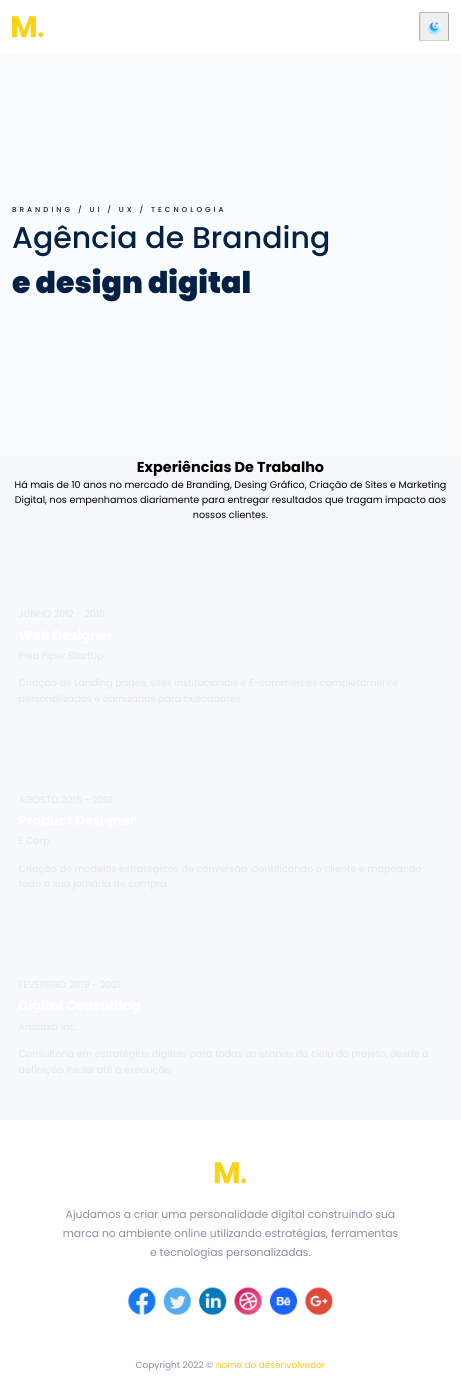
Repository: Daniells642/agencia-digital
Page: /
These files come from the project's save history. The page is drawn as it stood at one moment and after the next save; the edit follows.
The browser window is 768 px wide. The pictures show the whole page, at 60% of full size.
The project was rebuilt for these pictures with package versions that can differ from the ones it lists, and the page was loaded fresh each time.

Above is the page before, as saved 2022-12-02 23:22:02.

### public/index.html
<!DOCTYPE html>
<html lang="pt-br">
  <head>
    <meta charset="utf-8" />
    <link rel="icon" href="assets/logo.png" />
    <meta name="viewport" content="width=device-width, initial-scale=1" />
    <meta name="theme-color" content="#000000" />
    <meta name="description"content="Web site created using create-react-app"/>
    <link rel="apple-touch-icon" href="%PUBLIC_URL%/logo192.png" />
    <link rel="manifest" href="%PUBLIC_URL%/manifest.json" />
    <link rel="preconnect" href="https://fonts.googleapis.com">
    <link rel="preconnect" href="https://fonts.gstatic.com" crossorigin>
    <link href="https://fonts.googleapis.com/css2?family=Poppins:wght@400;500;600;700;800;900&display=swap" rel="stylesheet">
    <title>Agência Digital</title>

  </head>
  <body>
    <noscript>You need to enable JavaScript to run this app.</noscript>
    <div id="root"></div>
    <!--
      This HTML file is a template.
      If you open it directly in the browser, you will see an empty page.

      You can add webfonts, meta tags, or analytics to this file.
      The build step will place the bundled scripts into the <body> tag.

      To begin the development, run `npm start` or `yarn start`.
      To create a production bundle, use `npm run build` or `yarn build`.
    -->
  </body>
</html>

### src/App.js
import Rodape from "./componentes/Rodape";
import SecaoExperienciaTrabalho from "./componentes/SecaoExperienciaTrabalho";
import Topo from "./componentes/Topo";
import SecaoBanner from "./componentes/SecaoBanner";
import "./App.css";
import React, { useState } from 'react';



function App() {

  const [ehTemaEscuro, setTemaEscuro] = useState(false)

  const alterarTema = () => {
    setTemaEscuro(!ehTemaEscuro)
  }

  return (
    <main>
      <Topo alterarTema={alterarTema} ehTemaEscuro={ehTemaEscuro} />
      <SecaoBanner ehTemaEscuro={ehTemaEscuro} />
      <SecaoExperienciaTrabalho ehTemaEscuro={ehTemaEscuro} />
      <Rodape ehTemaEscuro={ehTemaEscuro} />
    </main>
  );
}

export default App;

### src/componentes/Rodape/index.jsx
import "./style.css";
import Logo from '../../assets/logo.png';
import iconeFacebook from '../../assets/facebook.png';
import iconeTwitter from '../../assets/twitter.png';
import iconeLinkedin from '../../assets/linkedin.png';
import iconeDribble from '../../assets/dribble.png';
import iconeBehance from '../../assets/behance.png';
import iconeGooglePlus from '../../assets/google-plus.png';

export default function Rodape(props) {

  return(
    <footer className={props.ehTemaEscuro ? 'rodape-modo-escuro' : 'rodape-modo-claro'}>
      <img src={Logo} alt="logomarca"/>
      <p className="paragrafo">
        Ajudamos a criar uma personalidade digital construindo sua marca no ambiente online utilizando estratégias,
        ferramentas e tecnologias personalizadas.
      </p>
      <div className="iconesRodape">
        <img src={iconeFacebook} alt="facebook"/>
        <img src={iconeTwitter} alt="twitter"/>
        <img src={iconeLinkedin} alt="linkedin"/>
        <img src={iconeDribble} alt="dribble"/>
        <img src={iconeBehance} alt="behance"/>
        <img src={iconeGooglePlus} alt="google plus"/>
      </div>
      <div>
        <p className="copyright">Copyright 2022 &copy; <span>nome do desenvolvedor</span></p>
      </div>
    </footer>
  )
}

### src/componentes/SecaoExperienciaTrabalho/index.jsx
import Card from '../Card';
import './style.css';

export default function SecaoExperienciaTrabalho(props) {
    return (
      <section id='secao-experiencia' className={props.ehTemaEscuro ? 'secao-modo-escuro' : 'secao-modo-claro'}>
            <div id='container-texto' className={props.ehTemaEscuro ? 'texto-modo-escuro' : 'texto-modo-claro'}>
                <h1>Experiências De Trabalho</h1>
                <p> Há mais de 10 anos no mercado de Branding, Desing Gráfico, Criação de
                Sites e Marketing Digital, nos empenhamos diariamente para entregar
                resultados que tragam impacto aos nossos clientes.
                </p>
            </div>

            <div className="container-cards limitar-secao">
              <Card
                data="JUNHO 2012 - 2016"
                titulo="Web Designer"
                empresa="Pied Piper StartUp."
                paragrafo="Criação de Landing pages, sites institucionais e E-commerces completamente personalizados e otimizados para buscadores"
              />
              <Card
                data="AGOSTO 2016 - 2019"
                titulo="Product Designer"
                empresa="E Corp."
                paragrafo="Criação de modelos estratégicos de conversão identificando o cliente e mapeando toda a sua jornada de compra"
              />
              <Card
                data="FEVEREIRO 2019 - 2021"
                titulo="Digital Consulting"
                empresa="Arasaka Inc."
                paragrafo="Consultoria em estratégias digitais para todas as etapas do ciclo do projeto, desde a definição inicial até a execução"
              />
        </div>
      </section>
    );
  }

### src/componentes/Topo/index.jsx
import './style.css';
import Logo from '../../assets/logo.png';
import iconeSol from '../../assets/sun.png';
import iconeLua from '../../assets/moon.png';

export default function Topo(props) {
    return (
      <header className={props.ehTemaEscuro ? "topo-modo-escuro" : "topo-modo-claro"}>
            <img className="logo" src={Logo} alt="logomarca"/>
            <button onClick={props.alterarTema} >
              <img className='iconesBtn' src={props.ehTemaEscuro ? iconeSol : iconeLua} alt='icone'/>
            </button>
      </header>
    );
  }

### src/componentes/SecaoBanner/index.jsx
import './style.css';

export default function SecaoBanner(props) {

  return(
    <section id="secaoBanner">
      <div id="imagemDeFundo" className={props.ehTemaEscuro ? 'fundo-modo-escuro' : 'fundo-modo-claro'}></div>
      <div className="texto-secaoBanner">
        <p>BRANDING / UI / UX / TECNOLOGIA</p>
        <h2>Agência de Branding</h2>
        <span>e design digital</span>
      </div>
    </section>
  )
}

### src/App.css
*{
  margin: 0;
  padding: 0;
  box-sizing: border-box;
  font-family: 'Poppins', sans-serif;
}

### src/componentes/Rodape/style.css
footer {
  display: flex;
  flex-direction: column;
  align-items: center;
  justify-content: center;
  padding-top: 70px;
}

.rodape-modo-claro {
  background-color: #fff;
}

.rodape-modo-escuro {
  background-color: #252525;
}

.rodape-modo-escuro .copyright {
  border-top: 1px solid #ffffff0d;
}

.paragrafo {
  padding: 0px 20px;
  font-size: 18px;
  font-weight: 300;
  color: #8a8fa3;
  max-width: 600px;
  line-height: 32px;
  text-align: center;
  margin: 36px auto 42px;
}

.iconesRodape {
  display: flex;
  justify-content: space-around;
  width: 100%;
  max-width: 375px;
  padding: 0px 10px;
  margin-bottom: 50px;
}

.iconesRodape img {
  width: 45px;
  cursor: pointer;
}

.copyright {
  width: 100%;
  font-size: 15px;
  font-weight: 300;
  line-height: 28px;
  color: #8a8fa3;
  padding: 20px 0px;
  text-align: center;
}

.copyright span {
  color: #fcc520;
}

### src/componentes/Card/index.jsx
import './style.css';

export default function Card(props) {
    return (
      <div id="card" className={(props.ehTemaEscuro == props.ehTemaEscuro) ? 'card-modo-escuro' : 'card-modo-claro'}>
        <p className="primeiroParagrafo">{props.data}</p>
        <h4>{props.titulo}</h4>
        <p className="segundoParagrafo">{props.empresa}</p>
        <p>{props.paragrafo}</p>
    </div>
   );
  }

### src/componentes/SecaoExperienciaTrabalho/style.css
#secaoExpDeTrab {
  padding: 100px 20px;
  display: flex;
  flex-direction: column;
  align-items: center;
  justify-content: center;
  background-color: #f6f8fc;
}

.secao-modo-claro {
	background-color: #f6f8fc;
}

.secao-modo-escuro {
  background-color: #393838;
}

#container-texto {
  display: flex;
  flex-direction: column;
  text-align: center;
  align-items: center;
}

#container-texto h2 {
  position: relative;
  font-size: 45px;
  font-weight: 700;
  padding-bottom: 20px;
  margin-bottom: 35px;
}

#container-texto h2::before{
  position: absolute;
  content: "";
  bottom: 0;
  left: 0;
  right: 0;
  margin: 0 auto;
  width: 100px;
  height: 4px;
  background-color: #feb633;
}

#container-texto p {
  font-size: 16px;
  font-weight: 400;
  max-width: 770px;
  margin-bottom: 70px;
}

.container-texto-modo-claro h2{
	color: #32333c;
}

.container-texto-modo-claro p {
	color: #8a8fa3;
}

.container-texto-modo-escuro {
  color: #CCCCCC;
}

.container-cards {
  display: flex;
  justify-content: center;
}

.limitar-secao {
  width: 100%;
  max-width: 1024px;
  margin: 0 auto;
}

@media screen and (max-width: 768px) {
  .container-cards {
    flex-direction: column;
  }
}

### src/componentes/Topo/style.css
header {
    width: 100%;
    padding: 20px;
    display: flex;
    align-items: center;
    justify-content: space-between;
    position: fixed;
    z-index: 1;
  }

  .topo-modo-claro {
    background-color: #fff;
  }

  .topo-modo-escuro {
    background-color: #252525;
    border-bottom: 1px solid #ffffff0d;
  }

  button {
    display: flex;
    align-items: center;
    padding: 10px 10px;
    cursor: pointer;
  }

  .btn-modo-claro {
    background-color: #fff;
    border-radius: 25px;
    border: 2px solid #747272;
  }

  .btn-modo-escuro {
    background-color: #252525;
    border-radius: 25px;
    border: 2px solid #fff;
  }

  .logo {
    max-height: 35px;
  }

  .iconesBtn {
    width: 25px;
    height: 25px;
  }

### src/componentes/SecaoBanner/style.css
#secaoBanner {
  height: 95vh;
  padding-top: 90px;
  display: flex;
  position: relative;
}

#imagemDeFundo {
  width: 50%;
  background-image: url('../../assets/banner.png');
  background-position: center;
  background-repeat: no-repeat;
  background-size: cover;
  object-fit: cover;
}

.fundo-modo-claro {
	background-color: #fff;
}

.fundo-modo-escuro {
  background-color: #252525;
}

.texto-secaoBanner {
  width: 50%;
  padding: 0px 20px;
  display: flex;
  flex-direction: column;
  justify-content: center;
  background-color: #fafbfc;
}

.texto-secaoBanner p {
  font-size: 12px;
  letter-spacing: 5px;
  font-weight: 500;
  color: #022144;
}

.texto-secaoBanner h2 {
  font-size: 50px;
  font-weight: 500;
  color: #022144;
}

.texto-secaoBanner span {
  font-size: 50px;
  font-weight: 900;
  color: #022144;
}

@media screen and (max-width: 768px) {
  #imagemDeFundo {
    width: 0;
  }

  .texto-secaoBanner {
    width: 100%;
  }
}

### src/componentes/Card/style.css
#card {
    width: 33%;
    padding: 70px 30px;
    display: flex;
    flex-direction: column;
    cursor: pointer;
  }

  #card:hover{
    background-color: #feb633;
    transition: all 1s;
  }

  #card h4 {
    font-size: 22px;
    margin-bottom: 5px;
  }

  #card p {
    font-size: 16px;
    font-weight: 400;
    line-height: 26px;
  }

  .card-modo-claro {
    border: 1px solid #edecec;
  }

  .card-modo-claro h4 {
    color: #32333a;
  }

  .card-modo-claro p {
    color: #8a8fa3;
  }

  .primeiroParagrafo {
    margin-bottom: 5px;
  }

  .segundoParagrafo {
    margin-bottom: 20px;
  }

  @media screen and (max-width: 768px) {
    #card {
      width: auto;
    }
  }

/*modo escuro*/
  .card-modo-escuro {
    border: 1px solid #ffffff0d;
  }

  .card-modo-escuro h4{
    color: #ffffff;
  }

  .card-modo-escuro p {
    color: #e7e7e7;
  }

Loaded but not shown: src/index.js (common file)

After the next save:
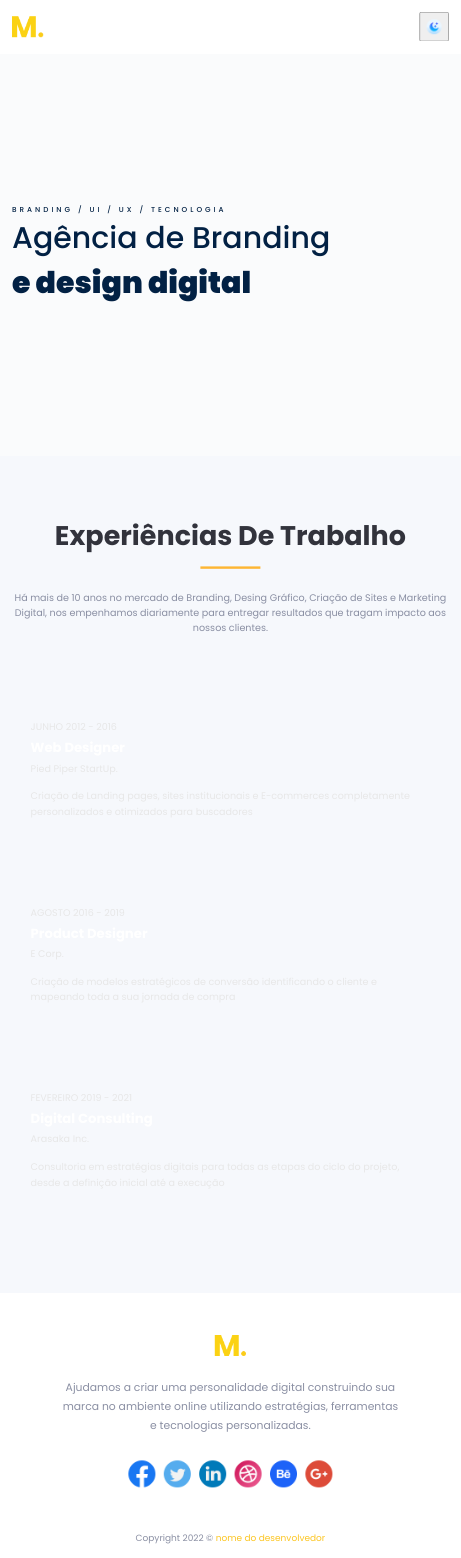
Saved 7 min 34 s later.
--- a/src/componentes/SecaoExperienciaTrabalho/style.css
+++ b/src/componentes/SecaoExperienciaTrabalho/style.css
@@ -1,79 +1,79 @@
-#secaoExpDeTrab {
-  padding: 100px 20px;
-  display: flex;
-  flex-direction: column;
-  align-items: center;
-  justify-content: center;
-  background-color: #f6f8fc;
+#secao-experiencia {
+    display: flex;
+    flex-direction: column;
+    align-items: center;
+    justify-content: center;
+    padding: 100px 20px;
 }
 
+
+
+#container-texto {
+    display: flex;
+    flex-direction: column;
+    text-align: center;
+    align-items: center;
+}
+
+#container-texto h1 {
+    position: relative;
+    font-size: 45px;
+    font-weight: 700;
+    padding-bottom: 20px;
+    margin-bottom: 35px;
+}
+
+#container-texto h1::before {
+    position: absolute;
+    content: "";
+    bottom: 0;
+    left: 0;
+    right: 0;
+    margin: 0 auto;
+    width: 100px;
+    height: 4px;
+    background-color: #feb633;
+}
+
+#container-texto p {
+    font-size: 16px;
+    font-weight: 400;
+    max-width: 770px;
+    margin-bottom: 70px;
+}
+.container-cards {
+    display: flex;
+    justify-content: center;
+}
+.limitar-secao {
+    width: 100%;
+    max-width: 1024px;
+    margin: 0 auto;
+  }
+@media screen and (max-width: 768px) {
+    .container-cards {
+      flex-direction: column;
+    }
+  }
+
+/*modo claro*/
 .secao-modo-claro {
 	background-color: #f6f8fc;
 }
-
-.secao-modo-escuro {
-  background-color: #393838;
-}
-
-#container-texto {
-  display: flex;
-  flex-direction: column;
-  text-align: center;
-  align-items: center;
-}
-
-#container-texto h2 {
-  position: relative;
-  font-size: 45px;
-  font-weight: 700;
-  padding-bottom: 20px;
-  margin-bottom: 35px;
-}
-
-#container-texto h2::before{
-  position: absolute;
-  content: "";
-  bottom: 0;
-  left: 0;
-  right: 0;
-  margin: 0 auto;
-  width: 100px;
-  height: 4px;
-  background-color: #feb633;
-}
-
-#container-texto p {
-  font-size: 16px;
-  font-weight: 400;
-  max-width: 770px;
-  margin-bottom: 70px;
-}
-
-.container-texto-modo-claro h2{
+.texto-modo-claro h1{
 	color: #32333c;
 }
-
-.container-texto-modo-claro p {
+.texto-modo-claro p {
 	color: #8a8fa3;
 }
 
-.container-texto-modo-escuro {
-  color: #CCCCCC;
+/*modo escuro*/
+.secao-modo-escuro {
+	background-color: #393838;
 }
-
-.container-cards {
-  display: flex;
-  justify-content: center;
+.texto-modo-escuro h1{
+    color: #fff;
 }
-
-.limitar-secao {
-  width: 100%;
-  max-width: 1024px;
-  margin: 0 auto;
+.texto-modo-escuro p{
+    color: #fff;
 }
-
-@media screen and (max-width: 768px) {
-  .container-cards {
-    flex-direction: column;
-  }
-}
